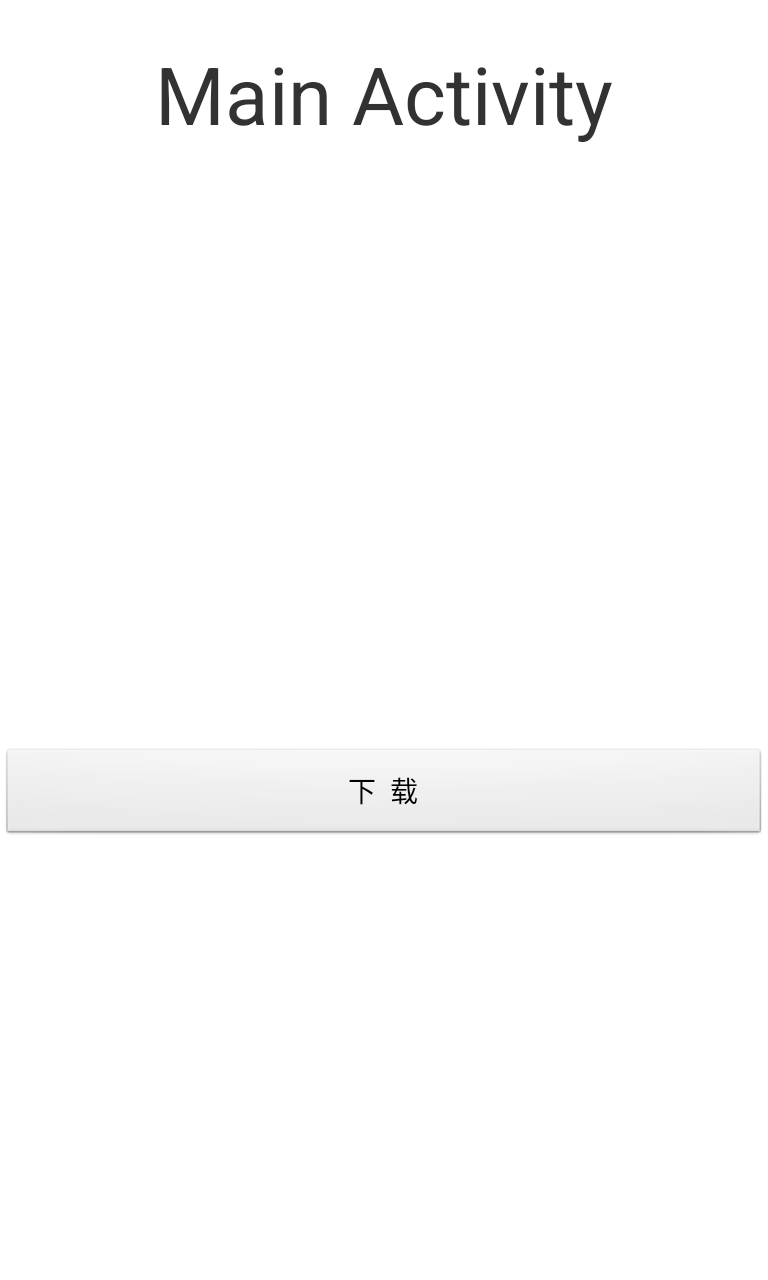
Repository: CiLiNet-Android/courseware
Layout: Android异步通信/DemoProject/ImageDownloader/res/layout/activity_main.xml
These files come from the project's save history. The layout is drawn as it stood at one moment and after the next save; the edit follows.
It is drawn on a 768 x 1280 px phone screen (xhdpi) without system bars, with theme AppTheme; the app's code is not run.

Above is the layout before, as saved 2014-03-29 07:50:06.

After the next save:
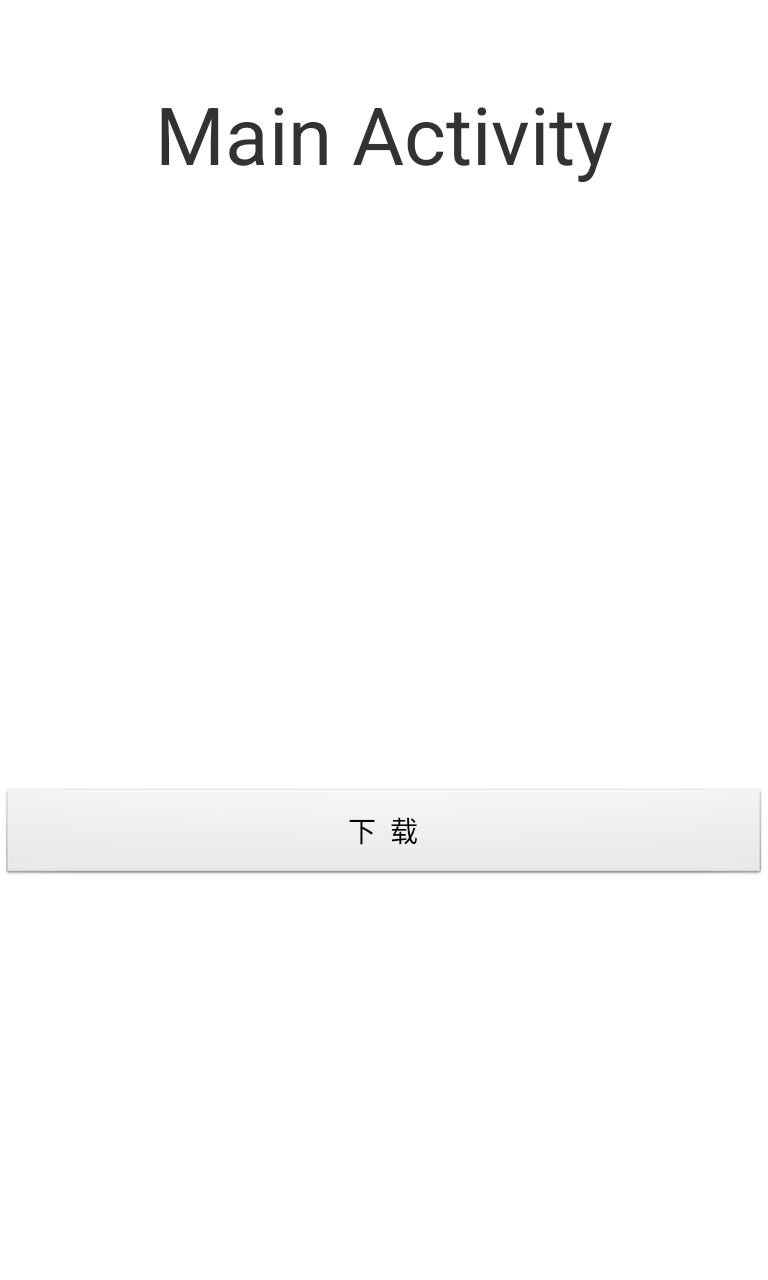
Saved 9 s later.
--- a/Android异步通信/DemoProject/ImageDownloader/res/layout/activity_main.xml
+++ b/Android异步通信/DemoProject/ImageDownloader/res/layout/activity_main.xml
@@ -8,7 +8,7 @@
         android:layout_width="match_parent"
         android:layout_height="wrap_content"
         android:gravity="center_horizontal"
-        android:layout_marginTop="20dp"
+        android:layout_marginTop="40dp"
         android:textSize="40sp"
         android:text="Main Activity"/>
 
